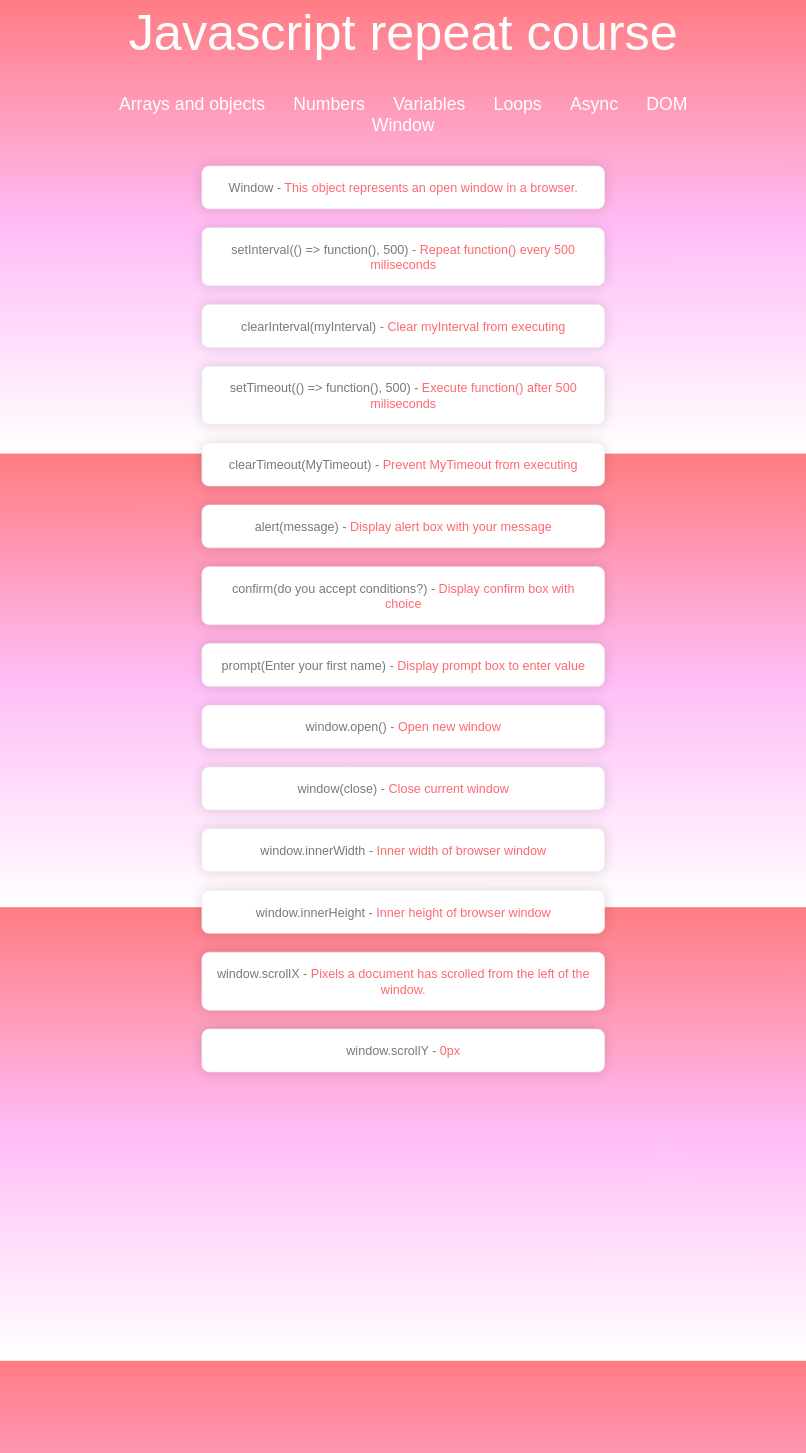
Repository: michalgornicki/javascript
Page: /#/Window
These files come from the project's save history. The page is drawn as it stood at one moment and after a run of saves; the edit follows.
The browser window is 1280 px wide. The pictures show the whole page, at 63% of full size.
Backgrounds fixed to the window are drawn as part of the page. The project was rebuilt for these pictures with package versions that can differ from the ones it lists, and the page was loaded fresh each time. Also part of the build but not shown: src/index.css, src/components/arrays.jsx, src/components/variables.jsx, src/components/numbers.jsx, src/components/loops.jsx, src/components/async.jsx, src/components/DOM manipulation.jsx.

Above is the page before, as saved 2022-02-01 08:29:02.

### src/App.jsx
import React from "react";
import "./App.css";
import "bootstrap/dist/css/bootstrap.min.css";
import { Route, HashRouter as Router, Routes, Link } from "react-router-dom";
import Arrays from "./components/arrays.jsx"
import Variables from "./components/variables.jsx"
import Numbers from "./components/numbers.jsx"
import Loops from "./components/loops.jsx"
import Async from "./components/async.jsx"
import DOM from "./components/DOM manipulation.jsx"
import Window from "./components/window.jsx"

function App() {


  return (
    <Router>
    <div className="text-center">
      <div className="display-1 mt-1 mb-5 text-white">Javascript repeat course</div>

      <div className="h3 d-flex w-75 m-auto my-5 justify-content-evenly flex-wrap text-white">

      <Link className="link-style mx-3" to="/">Arrays and objects</Link>
      <Link className="link-style mx-3" to="/Numbers">Numbers</Link>
      <Link className="link-style mx-3" to="/Variables">Variables</Link>
      <Link className="link-style mx-3" to="/Loops">Loops</Link>
      <Link className="link-style mx-3" to="/Async">Async</Link>
      <Link className="link-style mx-3" to="/DOM">DOM</Link>
      <Link className="link-style mx-3" to="/Window">Window</Link>


      </div>

      <Routes>
          <Route path="/" element={<Arrays />} />
          <Route path="/Numbers" element={<Numbers />} />
          <Route path="/Variables" element={<Variables />} />
          <Route path="/Loops" element={<Loops />} />
          <Route path="/Async" element={<Async />} />
          <Route path="/DOM" element={<DOM />} />
          <Route path="/Window" element={<Window />} />
        </Routes>


    </div>
    </Router>
  );
}

export default App;

### src/App.css
body{
    font-family: Arial, Helvetica, sans-serif!important;
    overflow-x: hidden;
    padding-bottom: 80vh;
    height: auto;
    background: linear-gradient(0deg, rgb(255, 255, 255), rgb(255, 189, 246), rgb(255, 124, 130));
    background-attachment: fixed;
}

.js-item{
    color:rgb(121, 121, 121);
    background-color: white;
    transition: 0.2s;
    padding: 3vh;
    margin-bottom: 4vh!important;
    border: 1px solid rgb(240, 240, 240);
    width: 50%;
    margin-left: auto;
    margin-right: auto;
    box-shadow: 0px 0px 20px rgba(0, 0, 0, 0.15);
    border-radius: 0.75rem;
}

.js-item:hover{
    cursor: pointer;
    background-color: rgb(240, 240, 240);
}

.text-pink{
    color:rgb(255, 104, 112)!important;
}

.link-style{
    color: inherit;
    text-decoration: inherit;
}

.link-style:hover{
    color: rgb(255, 104, 112);
}

@media only screen and (max-device-width: 600px), (max-width: 600px) {

    .js-item{
        width: 95%;
    }

}

### src/components/window.jsx
const Window = () => {
  return (
    <div className="">
      <div className="js-item h5">
        {" "}
        <span className="">{"Window"} -</span>
        <span className="text-pink"> This object represents an open window in a browser.</span> <br />
      </div>
      <div className="js-item h5">
        {" "}
        <span className="">{"setInterval(() => function(), 500)"} -</span>
        <span className="text-pink"> Repeat function() every 500 miliseconds </span> <br />
      </div>
      <div className="js-item h5">
        {" "}
        <span className="">{"clearInterval(myInterval)"} -</span>
        <span className="text-pink"> Clear myInterval from executing </span> <br />
      </div>
      <div className="js-item h5">
        {" "}
        <span className="">{"setTimeout(() => function(), 500)"} -</span>
        <span className="text-pink"> Execute function() after 500 miliseconds </span> <br />
      </div>
      <div className="js-item h5">
        {" "}
        <span className="">{"clearTimeout(MyTimeout)"} -</span>
        <span className="text-pink"> Prevent MyTimeout from executing </span> <br />
      </div>
      <div className="js-item h5">
        {" "}
        <span className="">{"alert(message)"} -</span>
        <span className="text-pink"> Display alert box with your message </span> <br />
      </div>
      <div className="js-item h5">
        {" "}
        <span className="">{"confirm(do you accept conditions?)"} -</span>
        <span className="text-pink"> Display confirm box with choice </span> <br />
      </div>
      <div className="js-item h5">
        {" "}
        <span className="">{"prompt(Enter your first name)"} -</span>
        <span className="text-pink"> Display prompt box to enter value </span> <br />
      </div>
      <div className="js-item h5">
        {" "}
        <span className="">{"window.open()"} -</span>
        <span className="text-pink"> Open new window </span> <br />
      </div>
      <div className="js-item h5">
        {" "}
        <span className="">{"window(close)"} -</span>
        <span className="text-pink"> Close current window </span> <br />
      </div>
      <div className="js-item h5">
        {" "}
        <span className="">{"window.innerWidth"} -</span>
        <span className="text-pink"> Inner width of browser window </span> <br />
      </div>
      <div className="js-item h5">
        {" "}
        <span className="">{"window.innerHeight"} -</span>
        <span className="text-pink"> Inner height of browser window </span> <br />
      </div>
      <div className="js-item h5">
        {" "}
        <span className="">{"window.scrollX"} -</span>
        <span className="text-pink"> Pixels a document has scrolled from the left of the window.</span> <br />
      </div>
      <div className="js-item h5">
        {" "}
        <span className="">{"window.scrollY"} -</span>
        <span className="text-pink"> {window.scrollY}px </span> <br />
      </div>
    </div>
  );
};

export default Window;

Loaded but not shown: public/index.html (common file); src/index.js (common file); src/reportWebVitals.js (common file)

After the next 2 saves:
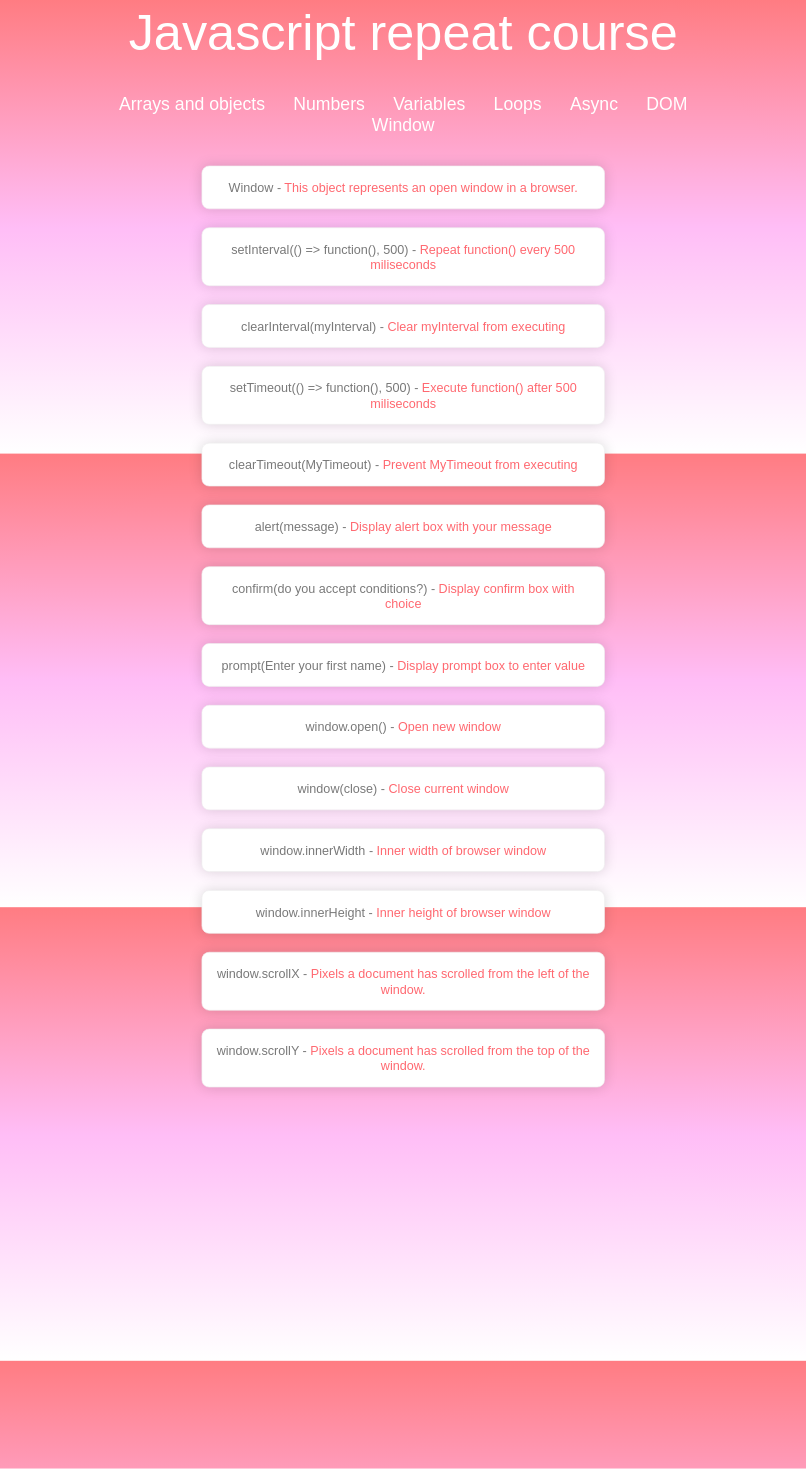
The 2 saves are shown as one change because they came seconds apart.
The last was saved 12 s later.
--- a/src/components/window.jsx
+++ b/src/components/window.jsx
@@ -69,7 +69,7 @@ const Window = () => {
       <div className="js-item h5">
         {" "}
         <span className="">{"window.scrollY"} -</span>
-        <span className="text-pink"> {window.scrollY}px </span> <br />
+        <span className="text-pink"> Pixels a document has scrolled from the top of the window. </span> <br />
       </div>
     </div>
   );
